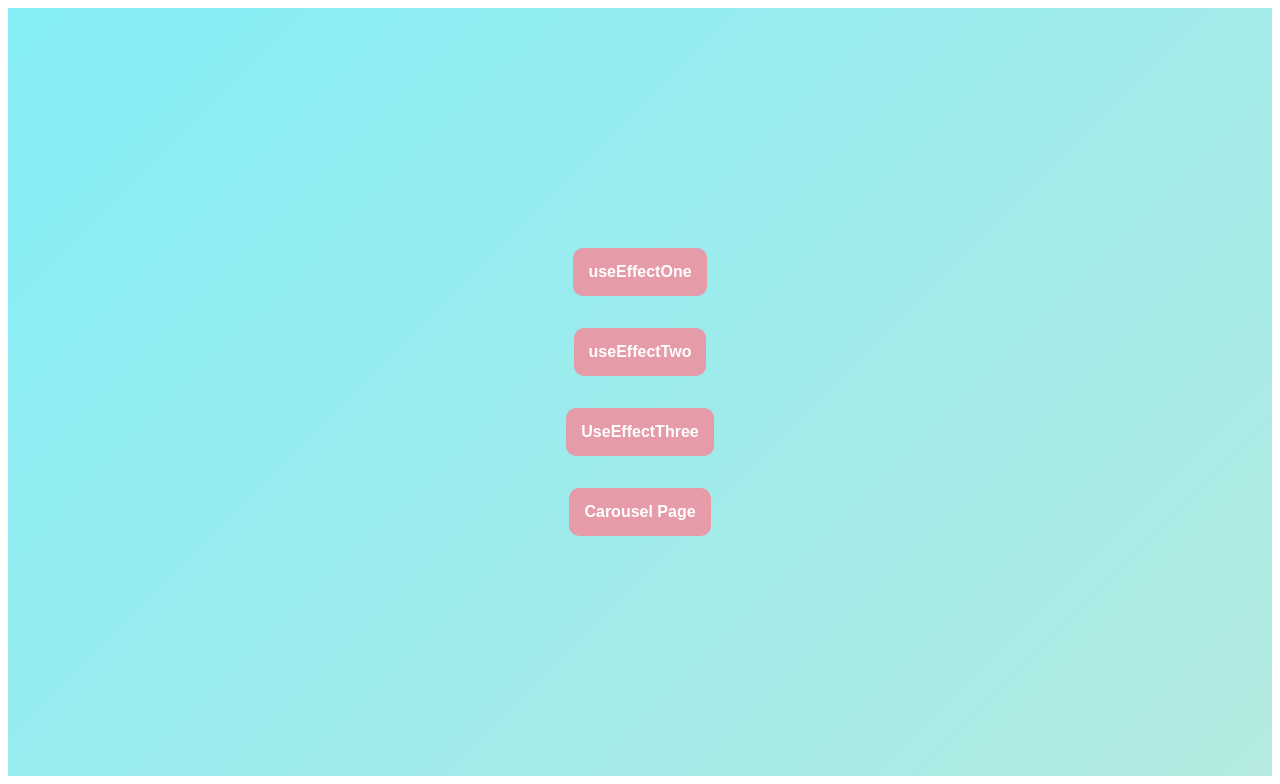
Repository: jjennbui/class8
Page: /
An editor plug-in stored every save of this project. The page is shown before and after a run of saves, followed by the edit.
The browser window is 1280 px wide. The pictures show the whole page.
The project was rebuilt for these pictures with package versions that can differ from the ones it lists, and the page was loaded fresh each time. The framework's server and built-in components were replaced by stand-ins that run in the browser. Also part of the build but not shown: next.config.js.

Above is the page before, as saved 2023-02-20 17:45:32.

### pages/index.js
import Head from 'next/head'
import styles from '@/styles/Home.module.css'
import Link from 'next/link'


export default function Home() {
  return (
    <>
      <Head>
        <title>Create Next App</title>
        <meta name="description" content="Generated by create next app" />
        <meta name="viewport" content="width=device-width, initial-scale=1" />
        <link rel="icon" href="/favicon.ico" />
      </Head>

      <main className={styles.main}>
        <Link href="/useEffectOne" className={styles.text}>useEffectOne</Link>
        <Link href="/useEffectTwo" className={styles.text}>useEffectTwo</Link>
        <Link href="/useEffectThree" className={styles.text}>UseEffectThree</Link>
        <Link href="/carouselPage" className={styles.text}>Carousel Page</Link>
      </main>
    </>
  )
}

### styles/globals.css
:root {

}

### styles/Home.module.css
.main {

  display: flex;
  flex-direction: column;
  justify-content: space-between;
  align-items: center;
  padding: 15rem;
  min-height: 40vh;
  background: linear-gradient(-45deg, #eae6c8, #74efff, #9c27b0);
  background-size: 500% 500%;
  animation: gradient-bg 20s ease infinite;


}

@keyframes gradient-bg {
  0% {
    background-position: 0% 50%;
  }
  50% {
    background-position: 100% 50%;
  }
  100% {
    background-position: 0% 50%;
  }
  }

.text{
  color: white;
  text-decoration: none;
  font-family: Arial, Helvetica, sans-serif;
  font-weight: bold;
  background-color: rgb(230, 155, 168);
  padding: 15px;
  border-radius: 10px;

}

Loaded but not shown: pages/_app.js (common file); pages/_document.js (common file)

After the next 2 saves:
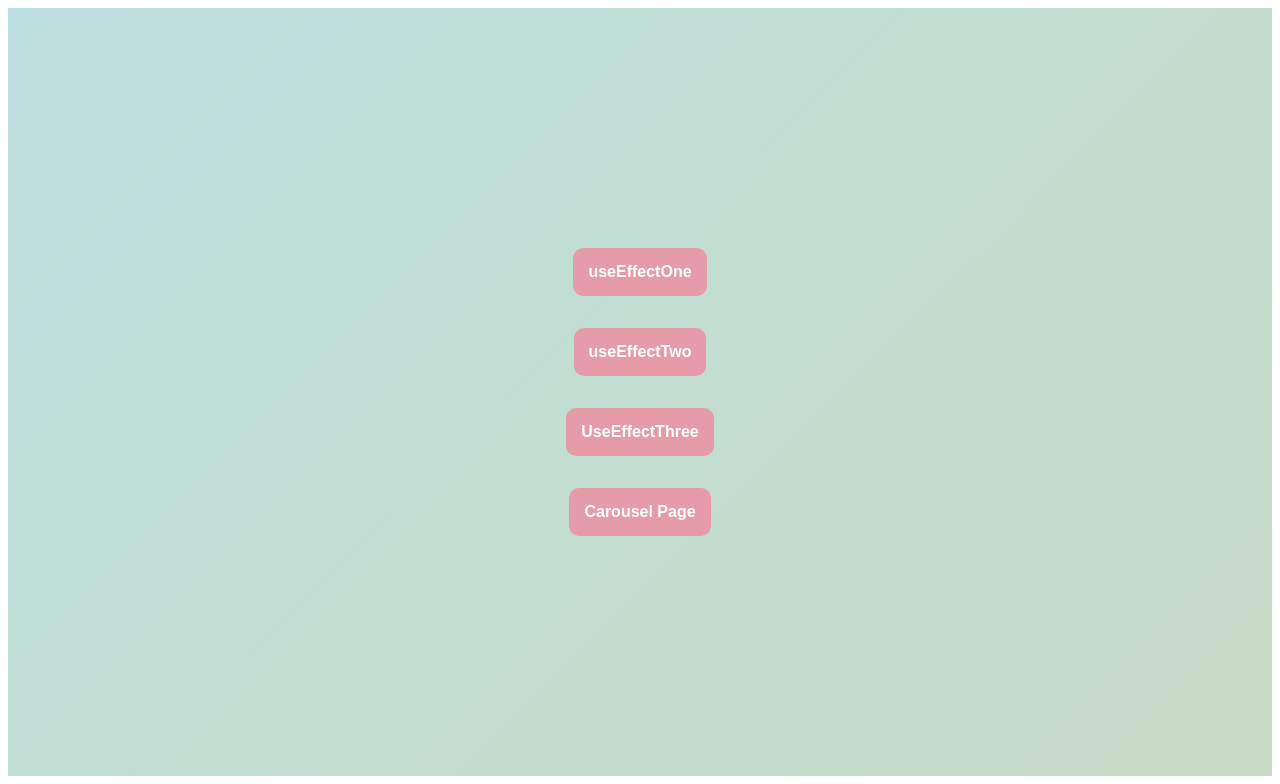
The 2 saves are shown as one change because they came seconds apart.
The last was saved 7 s later.
--- a/styles/Home.module.css
+++ b/styles/Home.module.css
@@ -6,7 +6,7 @@
   align-items: center;
   padding: 15rem;
   min-height: 40vh;
-  background: linear-gradient(-45deg, #eae6c8, #74efff, #9c27b0);
+  background: linear-gradient(-45deg, #d7d3a7, #b7e2e8, #9c27b0);
   background-size: 500% 500%;
   animation: gradient-bg 20s ease infinite;
 
